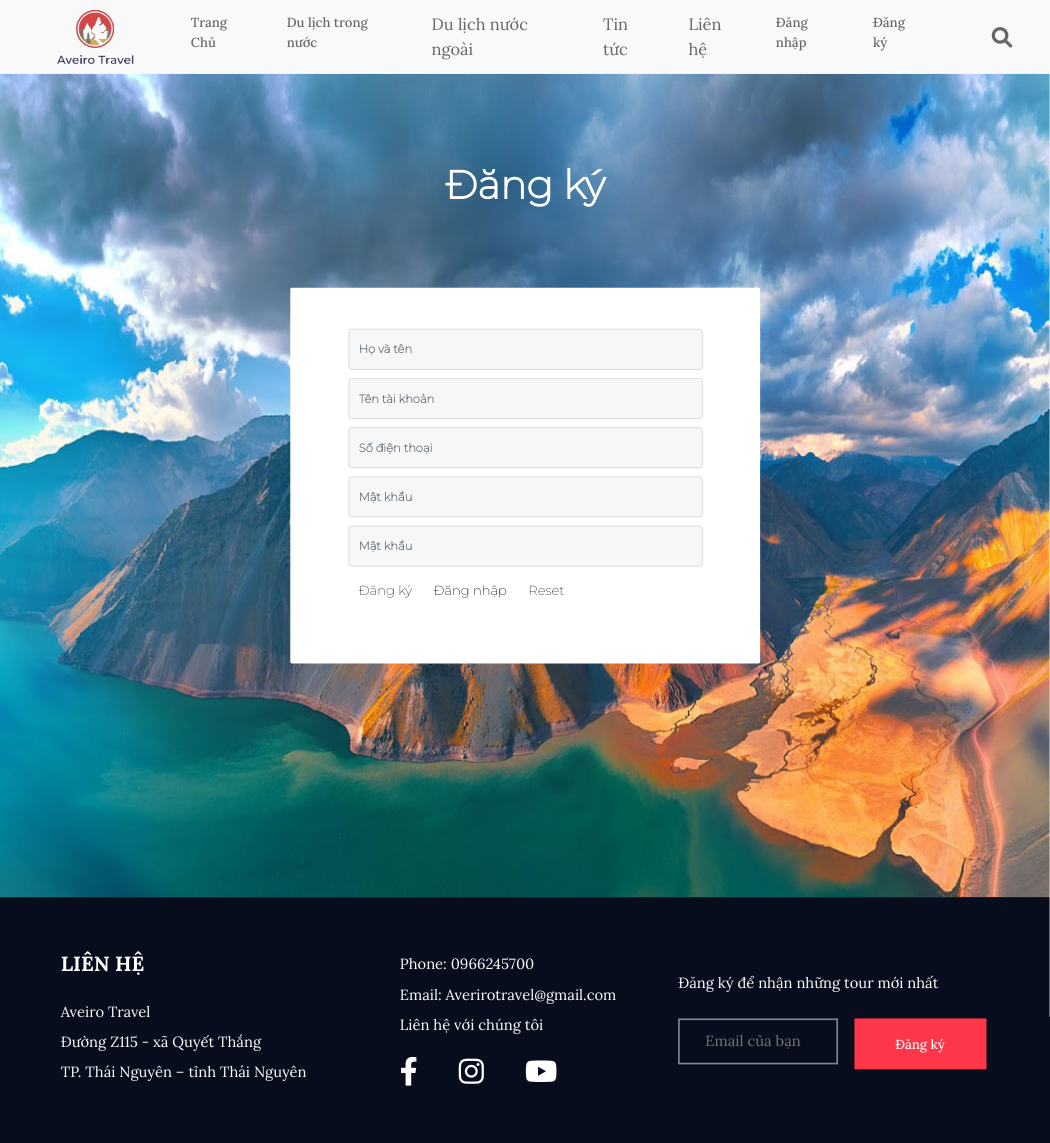
Repository: tuan842001/demotest
Page: /register
These files come from the project's save history. The page is drawn as it stood at one moment and after the next save; the edit follows.
The browser window is 1280 px wide. The pictures show the whole page, at 82% of full size.
The project was rebuilt for these pictures with package versions that can differ from the ones it lists, and the page was loaded fresh each time. Also part of the build but not shown: src/components/header/header.css, src/components/header/Header.jsx, src/components/top/top.css, src/components/top/Top.jsx, src/components/post/post.css, src/components/post/Post.jsx, src/components/intourPost/intourPost.css, src/components/intourPost/IntourPost.jsx and 15 more.

Above is the page before, as saved 2021-10-14 18:09:27.

After the next save:
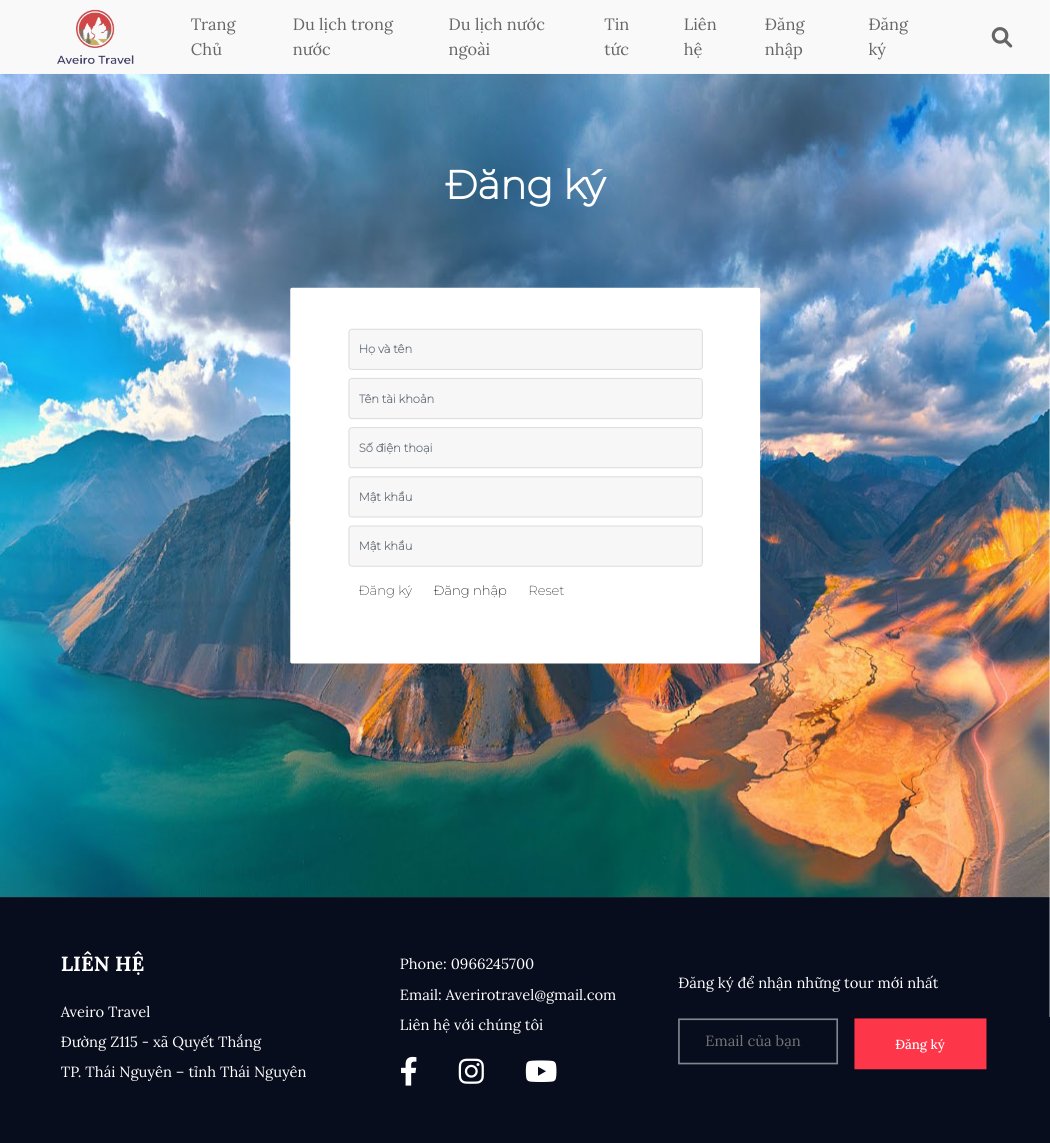
Saved 2 min 4 s later.
--- a/src/components/topbar/topbar.css
+++ b/src/components/topbar/topbar.css
@@ -44,6 +44,10 @@
     font-weight: 400;
     cursor: pointer;
 }
+.topListItem a {
+    font-size: 20px;
+    font-weight: 400;
+}
 .topSearchIcon{
     font-size: 25px;
     color: #666;
